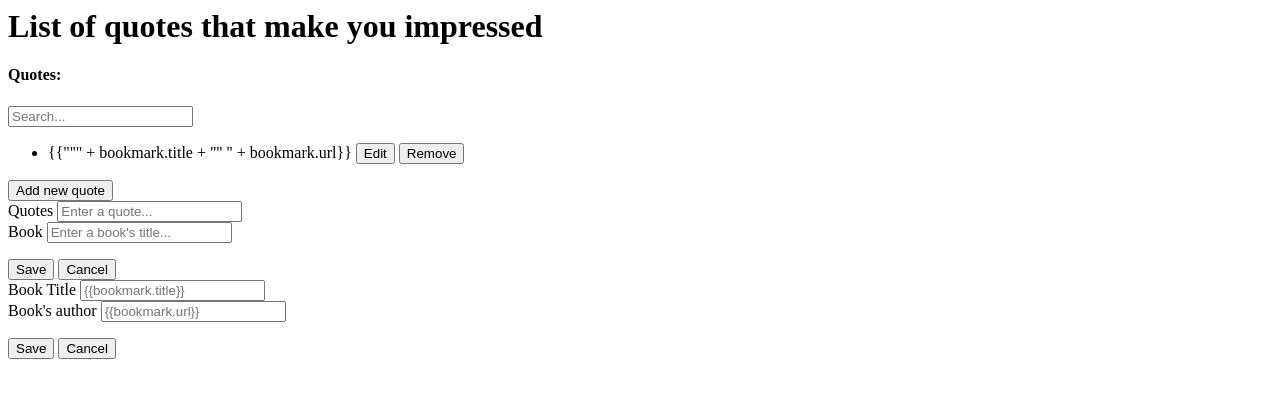
Repository: joannapl/LibraryOnline
Page: templates/quotes.html
The author's editor kept a record of every edit. The page is drawn from the files as they stood at one moment, then again after the next edit.
The browser window is 1280 px wide. The pictures show the whole page.

Above is the page before.

### templates/quotes.html
<div ng-controller="quotesController">
    <div class="jumbotron">
        <h1><span class="pageSubtitle">List of quotes that make you impressed</span></h1>
    </div>

    <div class="page-header">
        <h4>Quotes:</h4>
    </div>

    <div class="form-inline">
        <input type="text" class="form-control" ng-model="search" placeholder="Search...">
    </div>


    <div class="page-header">
        <ul>
            <li class="listStyle" ng-repeat="(id, bookmark) in bookmarks | filter: search">
                  <span>{{"''" + bookmark.title + "''  " + bookmark.url}}</span>
                  <label for="linkStyle">
                    <button type="button" class="btn btn-default" ng-click="resetForm(); editForm(id, bookmark.title, bookmark.url); showEditing()" >Edit</button>
                    <button type="button" class="btn btn-default" ng-click="cancelEditing(); removeItem(id)">Remove</button>
                </label>
            </li>
        </ul>
    </div>
    <div id="buttonDiv">
        <button type="button" class="btn btn-default" ng-click="resetForm(); showCreating()">
        Add new quote
        </button>
    </div>

    <div class="jumbotron" id="addDiv" ng-hide="hideCreate">
        <form role="form">
             <div class="form-group">
                <label for="bookmarkTitle">Quotes</label>
                <input type="text" ng-model="bookmarkTitleAdd" class="form-control" id="bookmarkTitle" placeholder="Enter a quote...">
            </div>
            <div class="form-group">
                <label for="bookmarkUrl">Book</label>
                <input type="text" ng-model="bookmarkUrlAdd" class="form-control" id="bookmarkUrl" placeholder="Enter a book's title...">
            </div>
        </form>
       <button type="button" class="btn btn-primary" ng-click="addItem(bookmarkTitleAdd, bookmarkUrlAdd); cancelCreating(); resetForm()">Save</button>
       <button type="button" class="btn btn-default" ng-click="cancelCreating(); resetForm()">Cancel</button>
    </div>

    <div class="jumbotron"  id="editDiv" ng-hide="hideEdit">
        <form role="form">
             <div class="form-group">
                <label for="bookmarkTitle">Book Title</label>
                <input type="text" ng-model="bookmarkTitleEdit" class="form-control" id="bookmarkTitle" placeholder="{{bookmark.title}}">
            </div>
            <div class="form-group">
                <label for="bookmarkUrl">Book's author</label>
                <input type="text" ng-model="bookmarkUrlEdit" class="form-control" id="bookmarkUrl" placeholder="{{bookmark.url}}">
            </div>
        </form>
        <button type="button" class="btn btn-primary" ng-click="updateItem(); cancelEditing();">Save</button>
        <button type="button" class="btn btn-default" ng-click="cancelEditing(); resetForm()">Cancel</button>
    </div>
</div>

After the next edit:
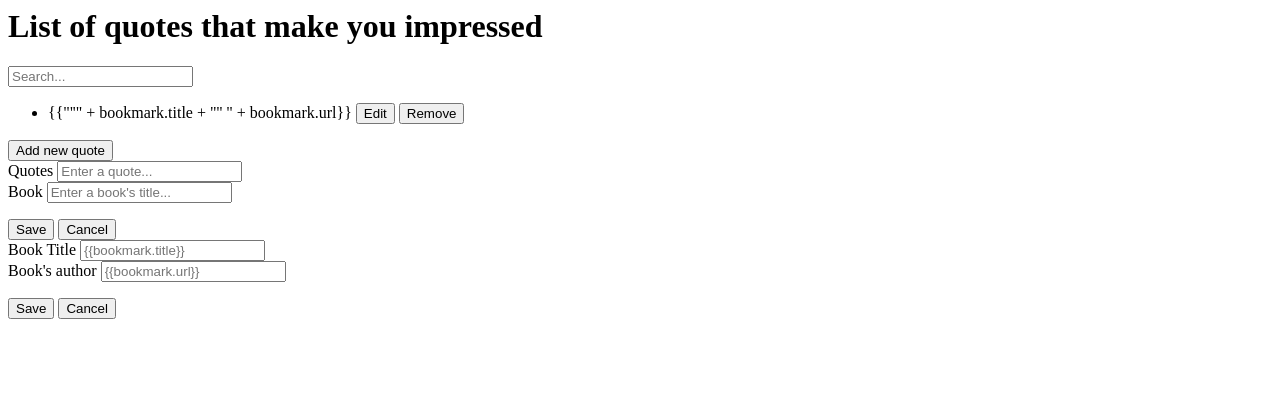
The edit:
--- a/templates/quotes.html
+++ b/templates/quotes.html
@@ -3,9 +3,6 @@
         <h1><span class="pageSubtitle">List of quotes that make you impressed</span></h1>
     </div>
 
-    <div class="page-header">
-        <h4>Quotes:</h4>
-    </div>
 
     <div class="form-inline">
         <input type="text" class="form-control" ng-model="search" placeholder="Search...">
